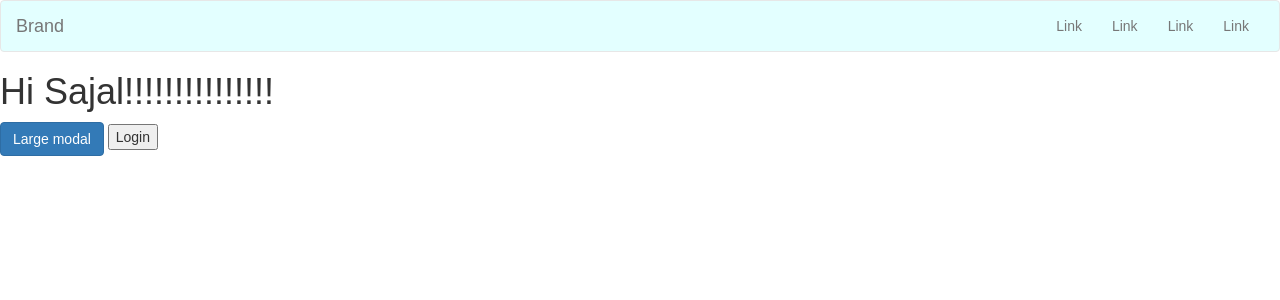
Repository: sajalsinghal7/Recruitment
Page: Template_workplace.html
The author's editor kept a record of every edit. The page is drawn from the files as they stood at one moment, then again after the next edit.
The browser window is 1280 px wide. The pictures show the whole page.

Above is the page before.

### Template_workplace.html
<html>
    <head>
    <meta charset="utf-8">
    <meta http-equiv="X-UA-Compatible" content="IE=edge">
    <meta name="viewport" content="width=device-width, initial-scale=1">
    <!-- The above 3 meta tags *must* come first in the head; any other head content must come *after* these tags -->

    <!-- Bootstrap -->
    <link href="css/bootstrap.min.css" rel="stylesheet">

    <!-- HTML5 shim and Respond.js for IE8 support of HTML5 elements and media queries -->
    <!-- WARNING: Respond.js doesn't work if you view the page via file:// -->
    <!--[if lt IE 9]>
      <script src="https://oss.maxcdn.com/html5shiv/3.7.3/html5shiv.min.js"></script>
      <script src="https://oss.maxcdn.com/respond/1.4.2/respond.min.js"></script>
    <![endif]-->
        <link rel="import" href="External_CSS_HEAD_Google_ASAP_Font">
        <link rel="import" href="External_HTML_HEAD_Google_Font_ASAP">
        <link rel="stylesheet" type="text/css" href="External_CSS_HEAD_Google_ASAP_Font.css">
    </head>
    <body>




  <nav class="navbar navbar-default" style="background-color: #e3ffff;">
  <div class="container-fluid">
    <!-- Brand and toggle get grouped for better mobile display -->
    <div class="navbar-header">
      <button type="button" class="navbar-toggle collapsed" data-toggle="collapse" data-target="#bs-example-navbar-collapse-1" aria-expanded="false">
        <span class="sr-only">Toggle navigation</span>
        <span class="icon-bar"></span>
        <span class="icon-bar"></span>
        <span class="icon-bar"></span>
      </button>
      <a class="navbar-brand" href="#">Brand</a>
    </div>

    <!-- Collect the nav links, forms, and other content for toggling -->
    <div class="collapse navbar-collapse" id="bs-example-navbar-collapse-1">
      <ul class="nav navbar-nav navbar-right">
        <li><a href="#">Link</a></li>
        <li><a href="#">Link</a></li>
        <li><a href="#">Link</a></li>
        <li><a href="#">Link</a></li>
      </ul>
    </div><!-- /.navbar-collapse -->
  </div><!-- /.container-fluid -->
</nav>












    <h1>Hi Sajal!!!!!!!!!!!!!!!</h1>


<!-- Large modal -->
<button type="button" class="btn btn-primary" data-toggle="modal" data-target=".bs-example-modal-lg">Large modal</button>





<button onclick="document.getElementById('id01').style.display='block'" style="width:auto;">Login</button>

<div id="id01" class="modal">

  <form class="modal-content animate" action="/action_page.php">
    <div class="imgcontainer">
      <span onclick="document.getElementById('id01').style.display='none'" class="close" title="Close Modal">&times;</span>
      <img src="img_avatar2.png" alt="Avatar" class="avatar">
    </div>

    <div class="container">
      <label><b>Username</b></label>
      <input type="text" placeholder="Enter Username" name="uname" required>

      <label><b>Password</b></label>
      <input type="password" placeholder="Enter Password" name="psw" required>

      <button type="submit">Login</button>
      <input type="checkbox" checked="checked"> Remember me
    </div>

    <div class="container" style="background-color:#f1f1f1">
      <button type="button" onclick="document.getElementById('id01').style.display='none'" class="cancelbtn">Cancel</button>
      <span class="psw">Forgot <a href="#">password?</a></span>
    </div>
  </form>
</div>




<script>
// Get the modal
var modal = document.getElementById('id01');

// When the user clicks anywhere outside of the modal, close it
window.onclick = function(event) {
    if (event.target == modal) {
        modal.style.display = "none";
    }
}
</script>










        <link rel="import" href="External_HTML_BODY_Bootstrap_Footer.html">
    </body>
</html>

### External_CSS_HEAD_Google_ASAP_Font.css
body {
    font-family: 'Asap', sans-serif;
}

Loaded but not shown: css/bootstrap.min.css (library)

After the next edit:
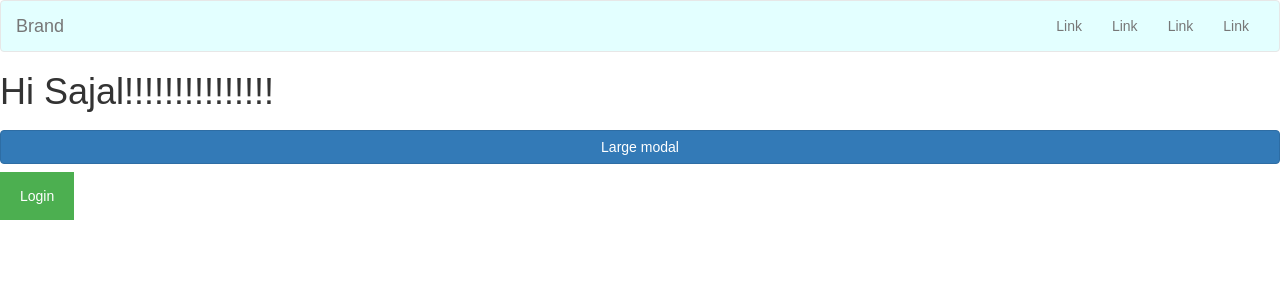
The edit:
--- a/Template_workplace.html
+++ b/Template_workplace.html
@@ -17,6 +17,129 @@
         <link rel="import" href="External_CSS_HEAD_Google_ASAP_Font">
         <link rel="import" href="External_HTML_HEAD_Google_Font_ASAP">
         <link rel="stylesheet" type="text/css" href="External_CSS_HEAD_Google_ASAP_Font.css">
+
+
+        <style>
+/* Full-width input fields */
+input[type=text], input[type=password] {
+    width: 100%;
+    padding: 12px 20px;
+    margin: 8px 0;
+    display: inline-block;
+    border: 1px solid #ccc;
+    box-sizing: border-box;
+}
+
+/* Set a style for all buttons */
+button {
+    background-color: #4CAF50;
+    color: white;
+    padding: 14px 20px;
+    margin: 8px 0;
+    border: none;
+    cursor: pointer;
+    width: 100%;
+}
+
+button:hover {
+    opacity: 0.8;
+}
+
+/* Extra styles for the cancel button */
+.cancelbtn {
+    width: auto;
+    padding: 10px 18px;
+    background-color: #f44336;
+}
+
+/* Center the image and position the close button */
+.imgcontainer {
+    text-align: center;
+    margin: 24px 0 12px 0;
+    position: relative;
+}
+
+img.avatar {
+    width: 40%;
+    border-radius: 50%;
+}
+
+.container {
+    padding: 16px;
+}
+
+span.psw {
+    float: right;
+    padding-top: 16px;
+}
+
+/* The Modal (background) */
+.modal {
+    display: none; /* Hidden by default */
+    position: fixed; /* Stay in place */
+    z-index: 1; /* Sit on top */
+    left: 0;
+    top: 0;
+    width: 100%; /* Full width */
+    height: 100%; /* Full height */
+    overflow: auto; /* Enable scroll if needed */
+    background-color: rgb(0,0,0); /* Fallback color */
+    background-color: rgba(0,0,0,0.4); /* Black w/ opacity */
+    padding-top: 60px;
+}
+
+/* Modal Content/Box */
+.modal-content {
+    background-color: #fefefe;
+    margin: 5% auto 15% auto; /* 5% from the top, 15% from the bottom and centered */
+    border: 1px solid #888;
+    width: 80%; /* Could be more or less, depending on screen size */
+}
+
+/* The Close Button (x) */
+.close {
+    position: absolute;
+    right: 25px;
+    top: 0;
+    color: #000;
+    font-size: 35px;
+    font-weight: bold;
+}
+
+.close:hover,
+.close:focus {
+    color: red;
+    cursor: pointer;
+}
+
+/* Add Zoom Animation */
+.animate {
+    -webkit-animation: animatezoom 0.6s;
+    animation: animatezoom 0.6s
+}
+
+@-webkit-keyframes animatezoom {
+    from {-webkit-transform: scale(0)}
+    to {-webkit-transform: scale(1)}
+}
+
+@keyframes animatezoom {
+    from {transform: scale(0)}
+    to {transform: scale(1)}
+}
+
+/* Change styles for span and cancel button on extra small screens */
+@media screen and (max-width: 300px) {
+    span.psw {
+       display: block;
+       float: none;
+    }
+    .cancelbtn {
+       width: 100%;
+    }
+}
+</style>
+
     </head>
     <body>
 
